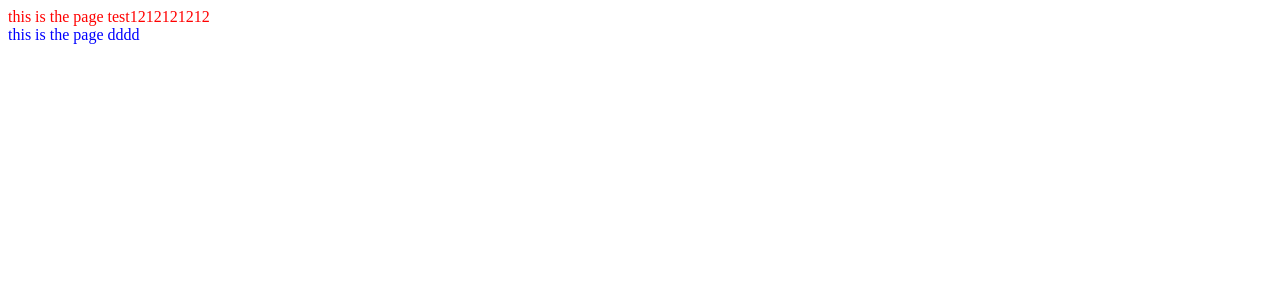
Repository: jasontianxie/huatian-mock-react-demo
Page: /
These files come from the project's save history. The page is drawn as it stood at one moment and after the next save; the edit follows.
The browser window is 1280 px wide. The pictures show the whole page.
The project was rebuilt for these pictures with package versions that can differ from the ones it lists, and the page was loaded fresh each time. Also part of the build but not shown: webpack.config.js.

Above is the page before, as saved 2017-04-20 14:54:56.

### app.jsx
import React from 'react';//import是es6的语法，webpack怎么能认识呢，原因就在babel-loader，它可以把import解析成require。同理，css-loader也会把@import和URL（）解析成require：https://github.com/webpack-contrib/css-loader
import ReactDOM from 'react-dom';
import {Main} from './pages/main/main.jsx';

// require ('normalize-scss/sass/_normalize.scss');
require ('./app.scss');



ReactDOM.render(
  <Main/>,document.getElementById('app')
);

// if (module.hot) {
//   module.hot.accept('./build', () => {
//     render(App)
//   });
// }

### pages/main/main.jsx
import React,{Component} from 'react';
import {ShoppingCart} from '../shoppingCart/index.jsx';
const prefixName = 'main';

class Main extends Component{
  render(){
    return(
      <div>
      <ShoppingCart/>
      <div className={`${prefixName}-aaa`}>this is the page dddd</div>
      </div>
    );
  }
}
if(module.hot){
  module.hot.accept()
}
export {Main};

### app.scss
@import './assets/css/normalize';
@import './assets/css/mixins';
@import './assets/css/function';
@import './pages/main/main';
@import './pages/ShoppingCart/index';

### pages/shoppingCart/index.jsx
import React,{Component} from 'react';
const prefixName='shoppingCart';
class ShoppingCart extends Component{
  constructor(props) {
    super(props);
    this.state = { data: [] };
  }
  render(){
    return(
      <div className={`${prefixName}-sss`}>this is the page test1212121212</div>
    );
  }
}
if(module.hot){
  module.hot.accept()
}
export {ShoppingCart};

### assets/css/mixins.scss
.aaa{
  display: flex;
}

### assets/css/function.scss
.sss{
  color: greenyellow;
}

### pages/main/main.scss
.main-aaa{
  color: blue;
}

### pages/shoppingCart/index.scss
.shoppingCart-sss {
  color: red;
}

Loaded but not shown: assets/css/normalize.css (library)

After the next save:
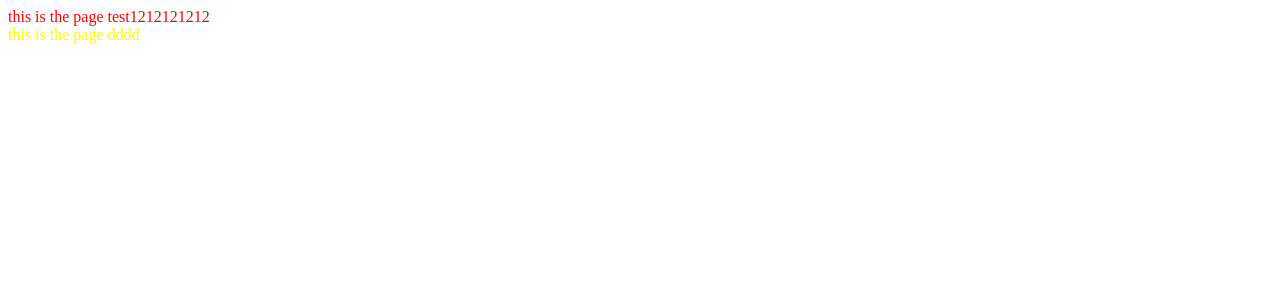
Saved 7 s later.
--- a/pages/main/main.scss
+++ b/pages/main/main.scss
@@ -1,3 +1,3 @@
 .main-aaa{
-  color: blue;
+  color: yellow;
 }
